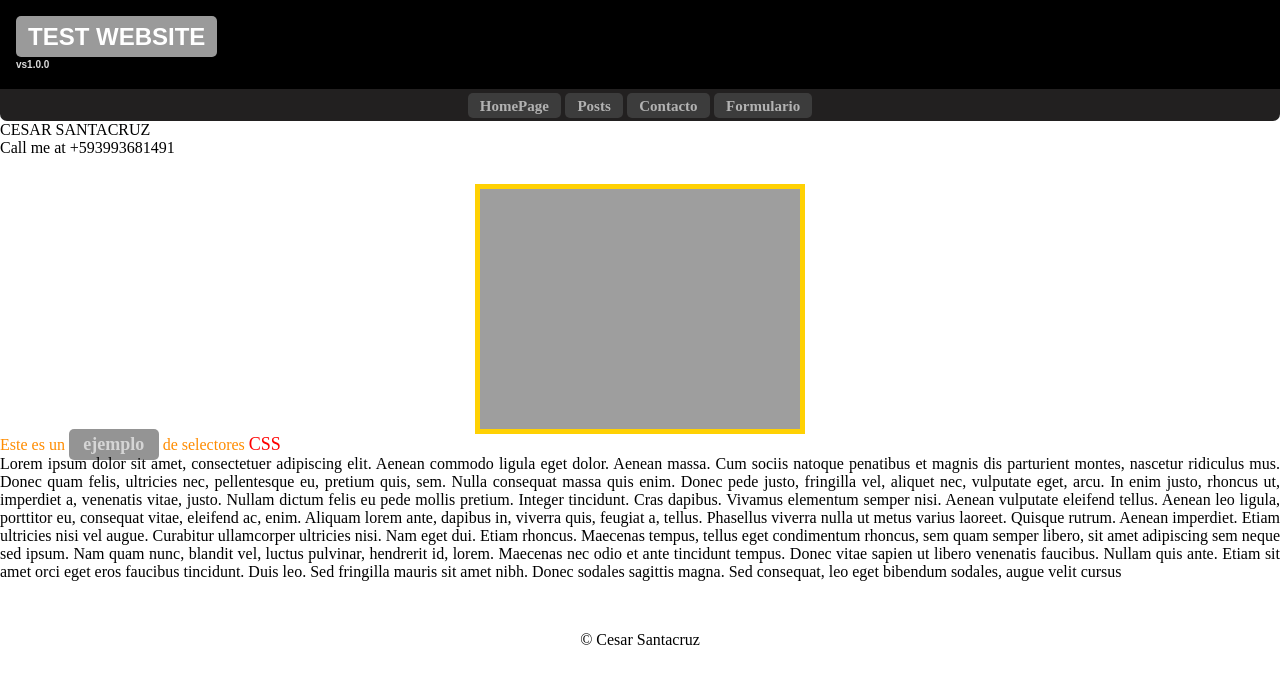
Repository: cesarsant0203/My_Study
Page: Introducción al desarrollo web/My Page 1/1.index.html
These files come from the project's save history. The page is drawn as it stood at one moment and after a run of saves; the edit follows.
The browser window is 1280 px wide. The pictures show the whole page.
Pictures or frames that could not be fetched are drawn as grey boxes.

Above is the page before, as saved 2020-04-29 18:52:48.

After the next 12 saves:
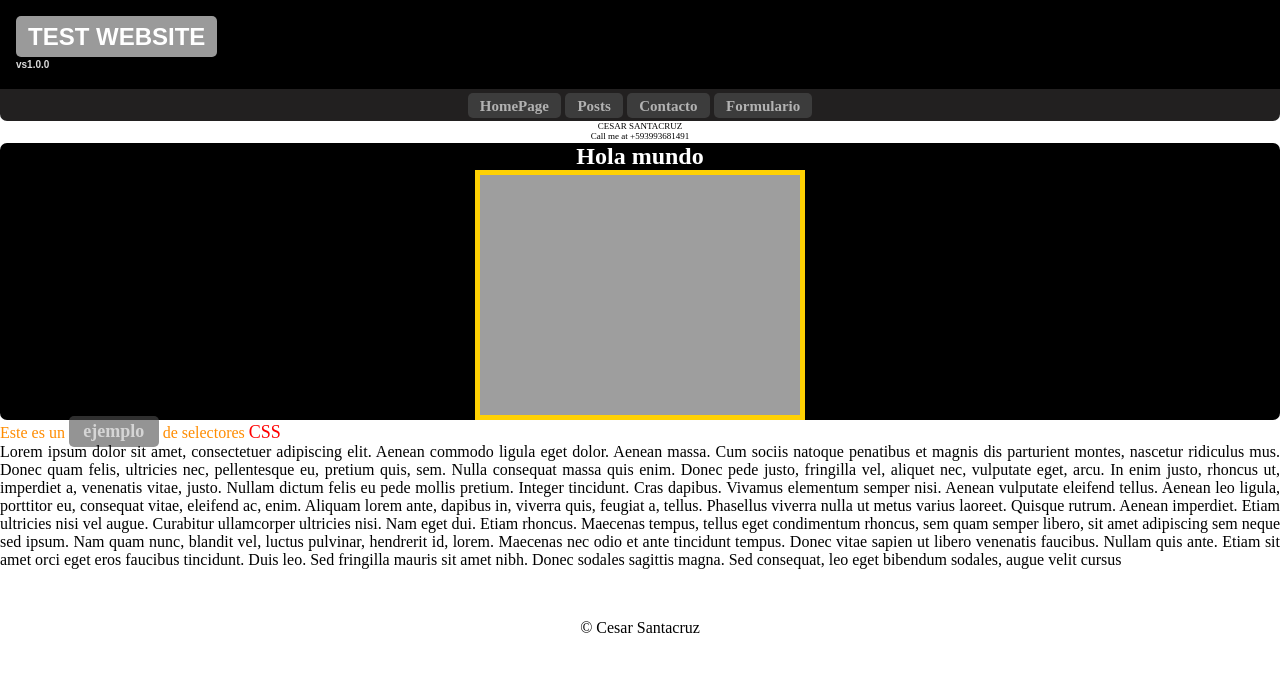
The 12 saves are shown as one change because they came seconds apart.
The last was saved 33 s later.
--- a/Introducción al desarrollo web/My Page 1/1.index.css
+++ b/Introducción al desarrollo web/My Page 1/1.index.css
@@ -74,7 +74,11 @@ a:link {
 a:visited {
     text-decoration: none;
 }
-p
+p#callMe {
+    text-align: center;
+    font-size: xx-small;
+    color: black;
+}
 
 
 
